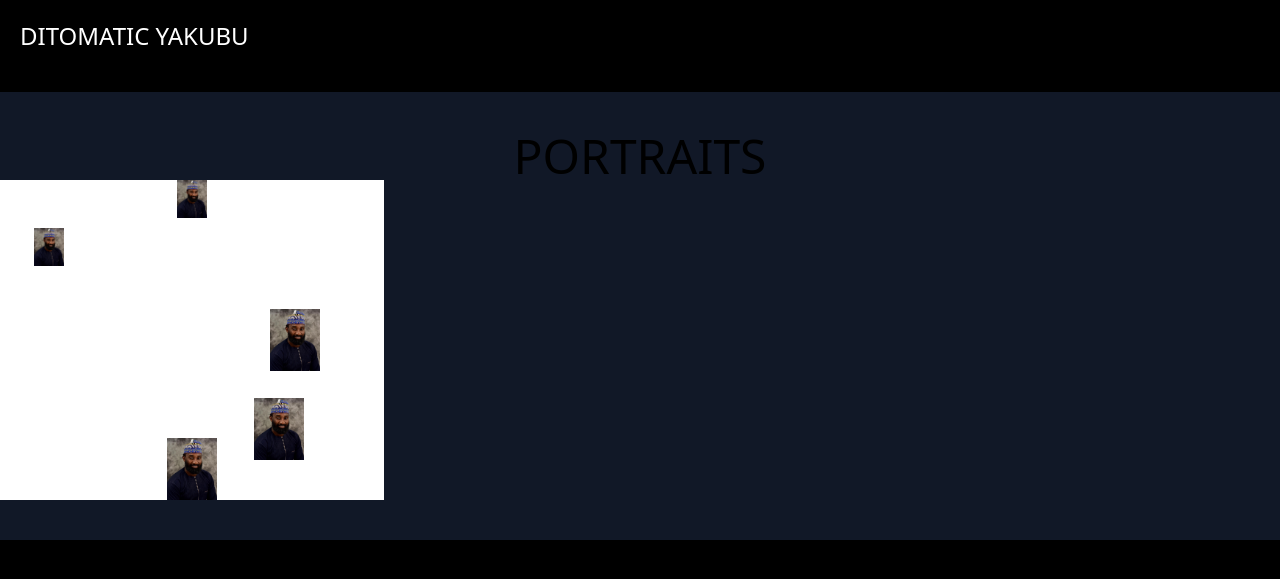
Repository: latenightsnacc/Ditomatic-Demo
Page: home.html
The author's editor kept a copy of each file at every save. The page is drawn from the files as they stood at one save, then again after the next save.
The browser window is 1280 px wide. The pictures show the whole page.
Some web libraries are served in a nearby version.

Above is the page before, as saved 2021-02-24 11:37:02.

After the next save:
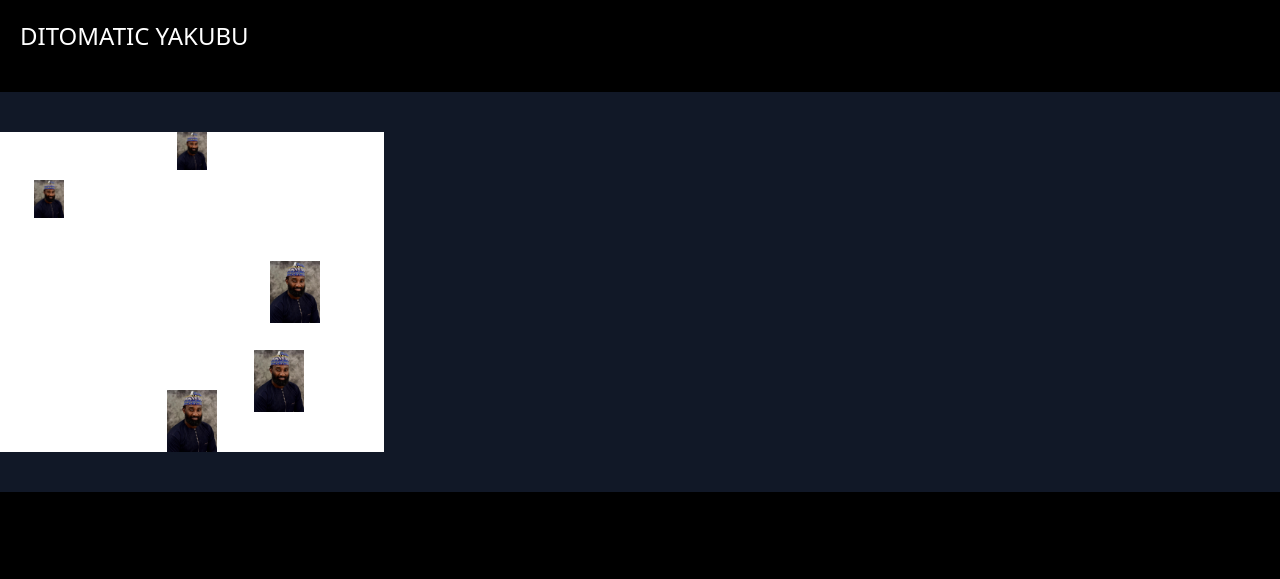
Saved 10 s later.
--- a/home.html
+++ b/home.html
@@ -24,7 +24,7 @@
     <div class="my-5"></div>
     <section class="bg-gray-900 shadow-2xl py-10">
         <div class="container ">
-            <h2 class="text-black uppercase text-underline text-center text-5xl group-hover:font-black">portraits</h2>
+
             <div class="flex justify-center items-center relative w-96 h-80 bg-white group">
 
                 <div class="absolute center-0 top-0">
